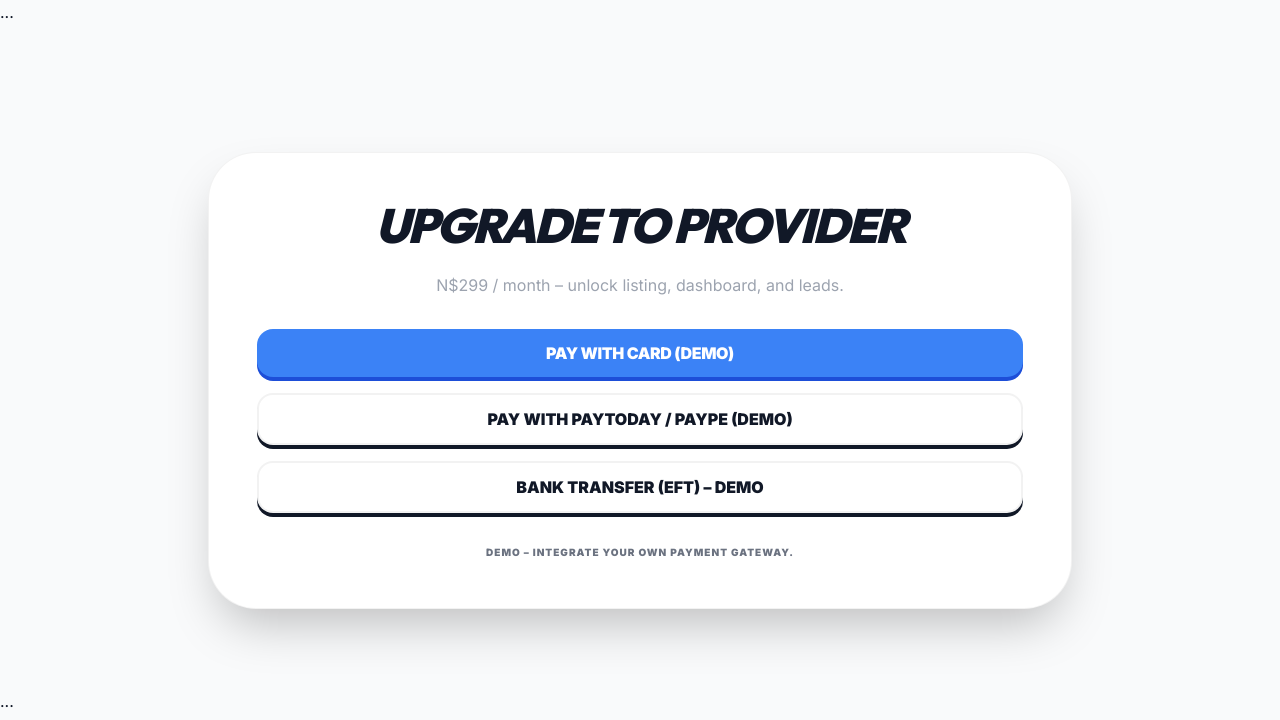
Repository: Paavo12/Localink
Page: frontend/checkout.html
The author's editor kept a copy of each file at every save. The page is drawn from the files as they stood at one save, then again after the next save.
The browser window is 1280 px wide. The pictures show the whole page.
Some web libraries are served in a nearby version.

Above is the page before, as saved 2026-05-20 16:16:57.

After the next save:
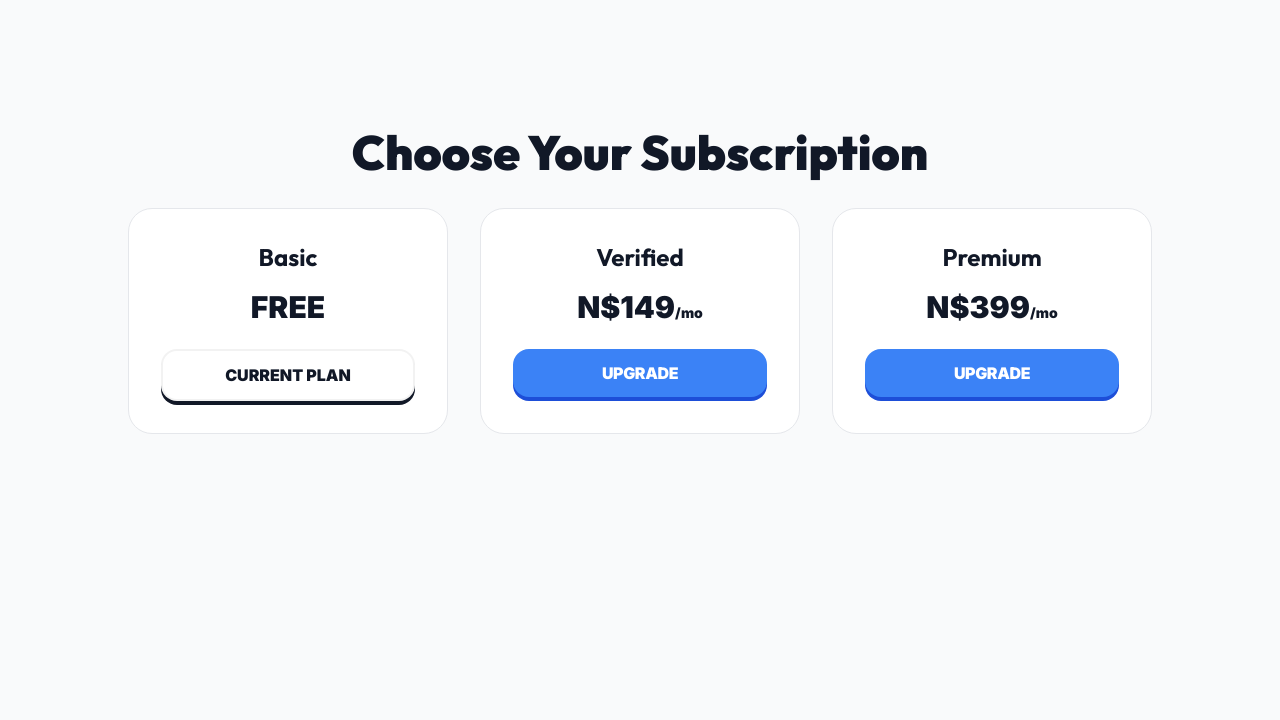
Saved 16 s later.
--- a/frontend/checkout.html
+++ b/frontend/checkout.html
@@ -3,25 +3,33 @@
 <head>
   <meta charset="UTF-8">
   <meta name="viewport" content="width=device-width, initial-scale=1.0">
-  <title>Checkout – NamibConnect</title>
+  <title>Upgrade – NamibConnect</title>
   <script src="https://cdn.tailwindcss.com"></script>
   <link rel="stylesheet" href="styles.css">
   <script src="script.js" defer></script>
 </head>
 <body>
-  <nav>...</nav>
-  <main class="pt-32 pb-20 max-w-4xl mx-auto px-4">
-    <div class="bg-[var(--card-bg)] rounded-[3rem] border border-[var(--border-main)] p-12 shadow-2xl text-center">
-      <h1 class="text-5xl font-black italic uppercase tracking-tighter mb-6">Upgrade to Provider</h1>
-      <p class="text-gray-400 mb-8">N$299 / month – unlock listing, dashboard, and leads.</p>
-      <div class="space-y-4 mb-8">
-        <button data-demo class="w-full btn-primary">Pay with Card (Demo)</button>
-        <button data-demo class="w-full btn-secondary">Pay with PayToday / PayPe (Demo)</button>
-        <button data-demo class="w-full btn-secondary">Bank Transfer (EFT) – Demo</button>
+  <div class="container mx-auto px-4 py-32 text-center">
+    <div class="max-w-5xl mx-auto">
+      <h1 class="text-5xl font-black mb-8">Choose Your Subscription</h1>
+      <div class="grid grid-cols-1 md:grid-cols-3 gap-8">
+        <div class="p-8 bg-[var(--card-bg)] rounded-3xl border">
+          <h2 class="text-2xl font-bold">Basic</h2>
+          <p class="text-3xl font-black mt-4">FREE</p>
+          <button class="btn-secondary mt-6 w-full" disabled>Current Plan</button>
+        </div>
+        <div class="p-8 bg-[var(--card-bg)] rounded-3xl border border-accent">
+          <h2 class="text-2xl font-bold">Verified</h2>
+          <p class="text-3xl font-black mt-4">N$149<span class="text-sm">/mo</span></p>
+          <button class="btn-primary mt-6 w-full upgrade-btn" data-tier="verified">Upgrade</button>
+        </div>
+        <div class="p-8 bg-[var(--card-bg)] rounded-3xl border">
+          <h2 class="text-2xl font-bold">Premium</h2>
+          <p class="text-3xl font-black mt-4">N$399<span class="text-sm">/mo</span></p>
+          <button class="btn-primary mt-6 w-full upgrade-btn" data-tier="premium">Upgrade</button>
+        </div>
       </div>
-      <p class="text-[10px] font-black text-gray-500 uppercase tracking-widest">Demo – integrate your own payment gateway.</p>
     </div>
-  </main>
-  <footer>...</footer>
+  </div>
 </body>
 </html>
